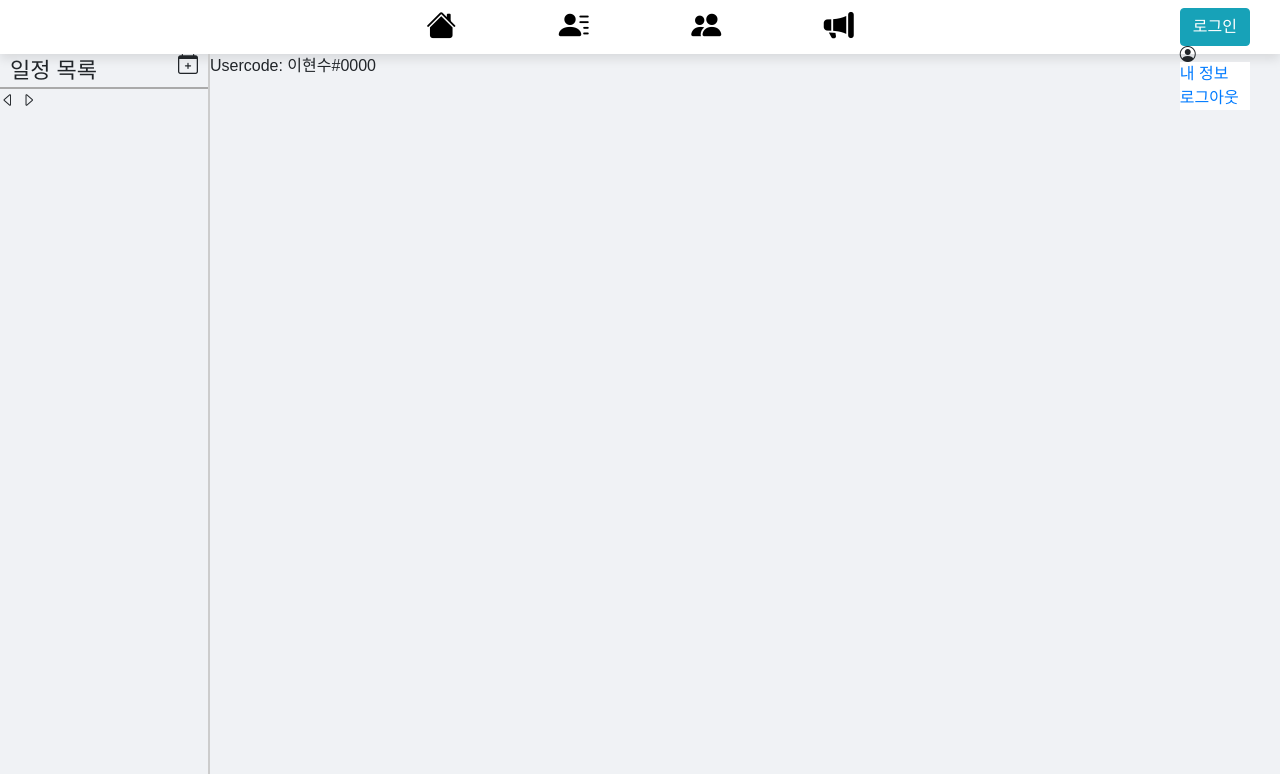
Repository: Hyeon330/Full_stack-code
Page: http://localhost/miniProject/
These files come from the project's save history. The page is drawn as it stood at one moment and after the next save; the edit follows.
The browser window is 1280 px wide. The pictures show the whole page.
Some web fonts or font styles are not loaded; a fallback is used. The page is served by Tomcat 9.

Above is the page before, as saved 2022-03-20 09:06:07.

After the next save:
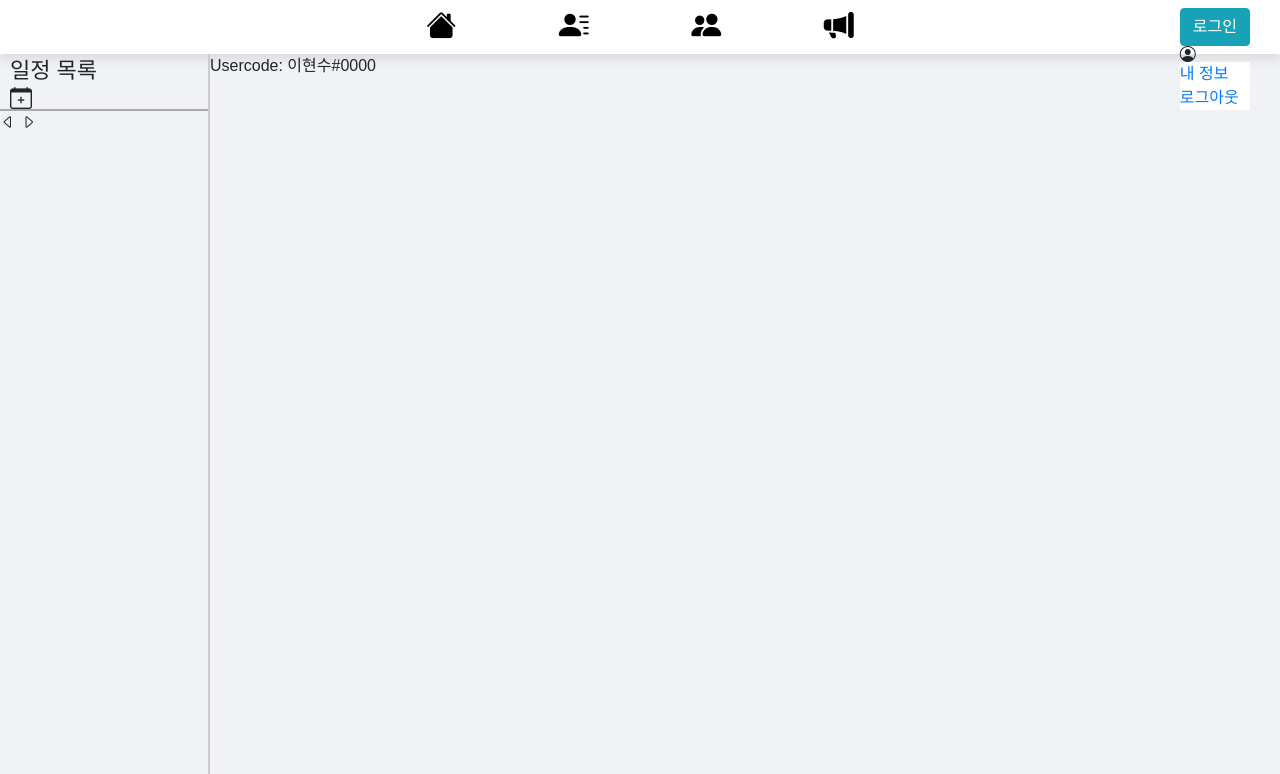
Saved 73 s later.
--- a/주요과제/Spring/miniProject/src/main/webapp/WEB-INF/views/home.jsp
+++ b/주요과제/Spring/miniProject/src/main/webapp/WEB-INF/views/home.jsp
@@ -73,7 +73,9 @@ $(function(){
 <div id="sidebar">
     <div id="sideTitle">
         <span>일정 목록</span>
+        <span>
         <div id="dialogOpen"><i class="bi bi-calendar-plus"></i></div>
+        </span>
     </div>
     <div id="sideMonth">
         <i class="bi bi-caret-left" onclick="prevMonth()"></i>
